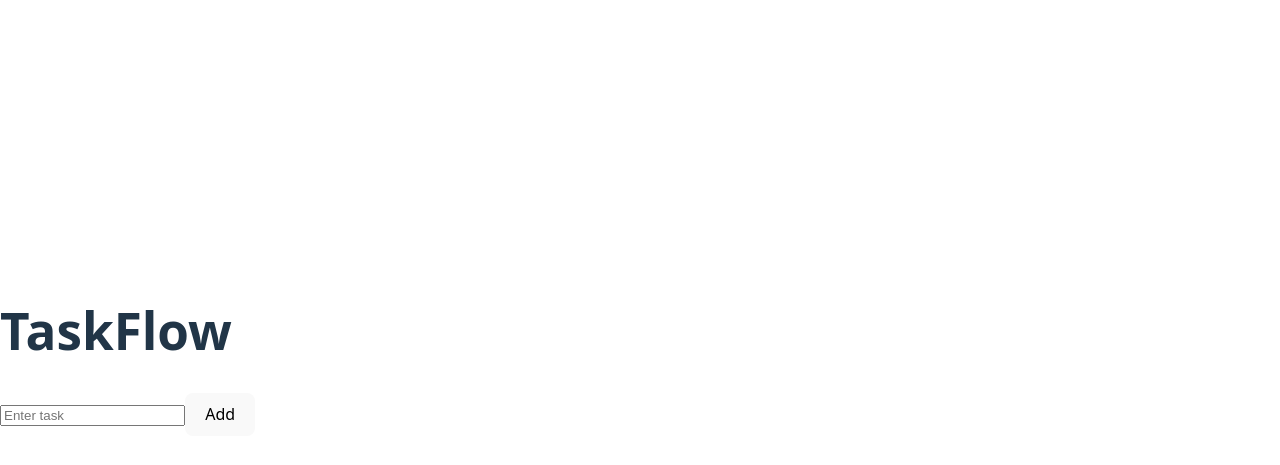
Repository: lissaintech/TaskFlow
Page: /
The author's editor kept a copy of each file at every save. The page is drawn from the files as they stood at one save, then again after the next save.
The browser window is 1280 px wide. The pictures show the whole page.
The project was rebuilt for these pictures with package versions that can differ from the ones it lists, and the page was loaded fresh each time. Also part of the build but not shown: vite.config.js.

Above is the page before, as saved 2026-02-11 14:45:21.

### index.html
<!doctype html>
<html lang="en">
  <head>
    <meta charset="UTF-8" />
    <link rel="icon" type="image/svg+xml" href="/vite.svg" />
    <meta name="viewport" content="width=device-width, initial-scale=1.0" />
    <title>taskflow</title>
  </head>
  <body>
    <div id="root"></div>
    <script type="module" src="/src/main.jsx"></script>
  </body>
</html>

### src/App.jsx
import { useEffect, useState } from 'react'

function App() {

  const [input, setInput] = useState("");

  const [tasks, setTasks] = useState([]);

  const addTask = () => {
    if(input.trim()=="") return;

    setTasks([...tasks, input])
    setInput("");
  };

  const deleteTask = (indexToDelete) => {
    const updatedTasks = tasks.filter((_, index) => index!= indexToDelete)
    setTasks(updatedTasks);
  }

  useEffect(()=> {

  })

  return (
    <div>
      <h1>TaskFlow</h1>

      <input
        value={input}
        onChange={(e) => setInput(e.target.value)}
        placeholder="Enter task"
      />

      <button onClick={addTask}>Add</button>

      <ul>
        {tasks.map((task,index) => (
          <li key={index}>
            {task}
            <button onClick={() =>{
              deleteTask(index)
            }}>Delete</button>
          </li>
        ))}
      </ul>
    </div>
  );
}

export default App;

Loaded but not shown: src/main.jsx (common file); src/index.css (common file)

After the next save:
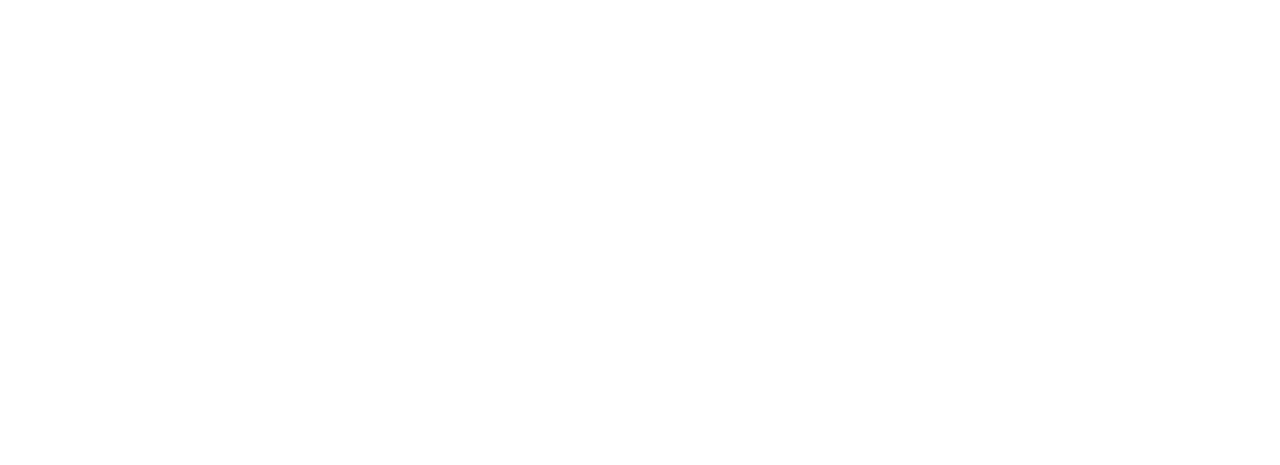
Console error: ReferenceError: l is not defined
Saved 5 s later.
--- a/src/App.jsx
+++ b/src/App.jsx
@@ -19,7 +19,7 @@
   }
 
   useEffect(()=> {
-
+    const saved = l
   })
 
   return (

After the 4 saves that followed:
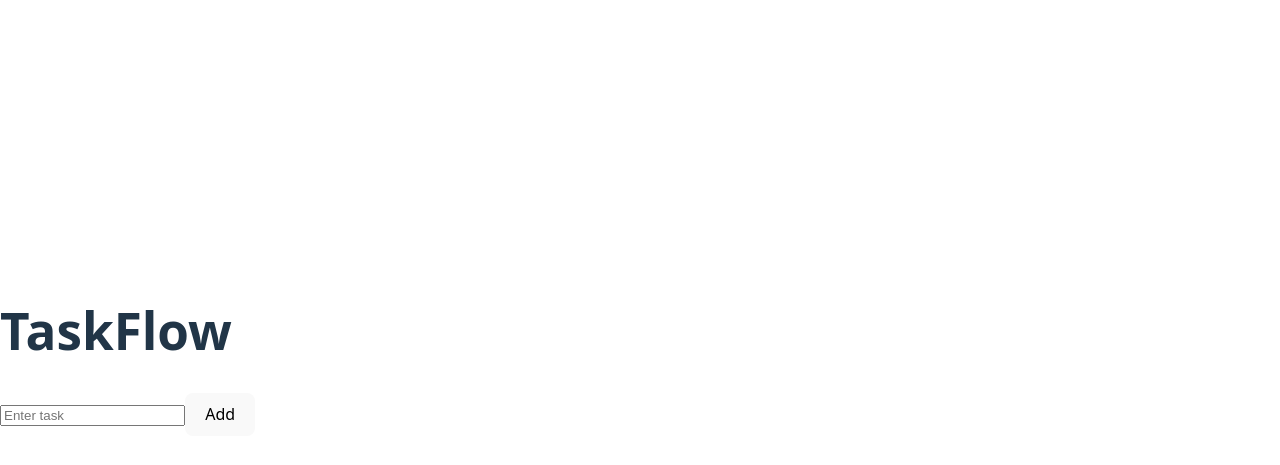
The error is gone.
The 4 saves are shown as one change because they came seconds apart.
The last was saved 9 s later.
--- a/src/App.jsx
+++ b/src/App.jsx
@@ -19,7 +19,7 @@
   }
 
   useEffect(()=> {
-    const saved = l
+    const saved = localStorage.getItem("tasks")
   })
 
   return (
